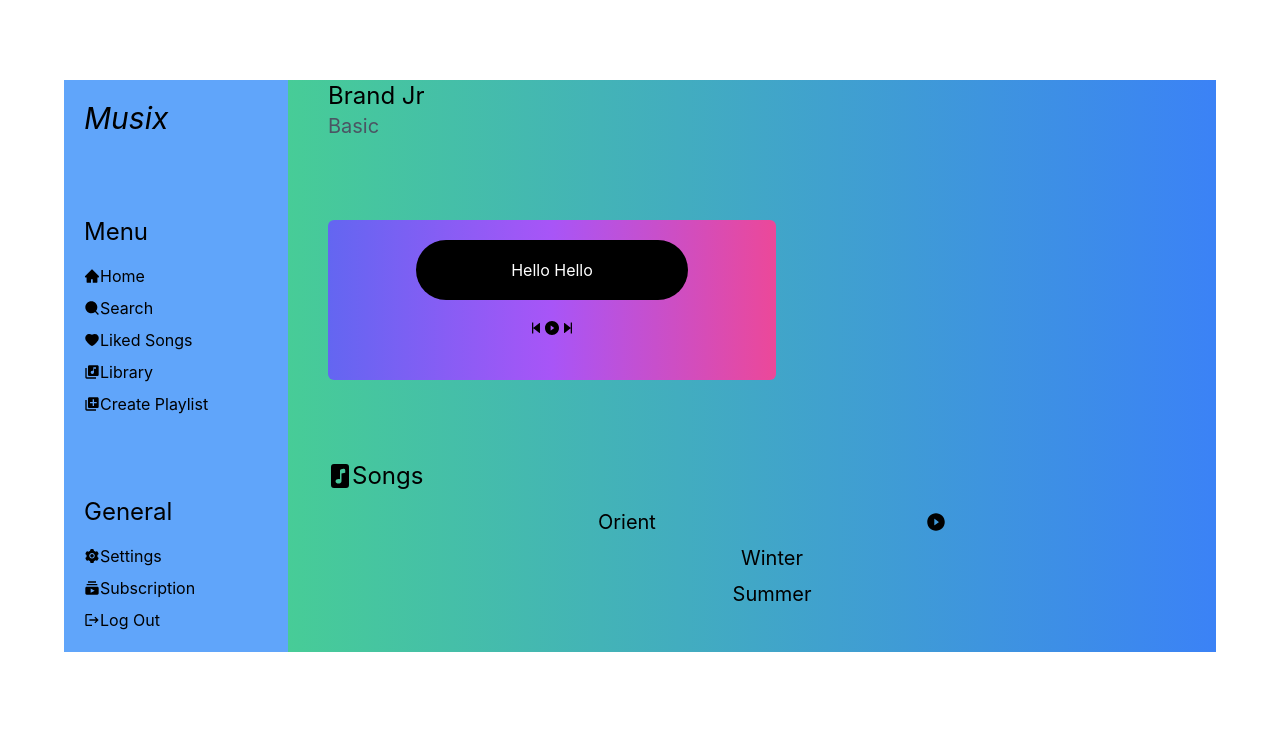
Repository: brandford7/music-player
Page: /
The author's editor kept a copy of each file at every save. The page is drawn from the files as they stood at one save, then again after the next save.
The browser window is 1280 px wide. The pictures show the whole page.
The project was rebuilt for these pictures with package versions that can differ from the ones it lists, and the page was loaded fresh each time. The framework's server and built-in components were replaced by stand-ins that run in the browser. Also part of the build but not shown: next.config.js.

Above is the page before, as saved 2022-11-18 13:01:27.

After the next save:
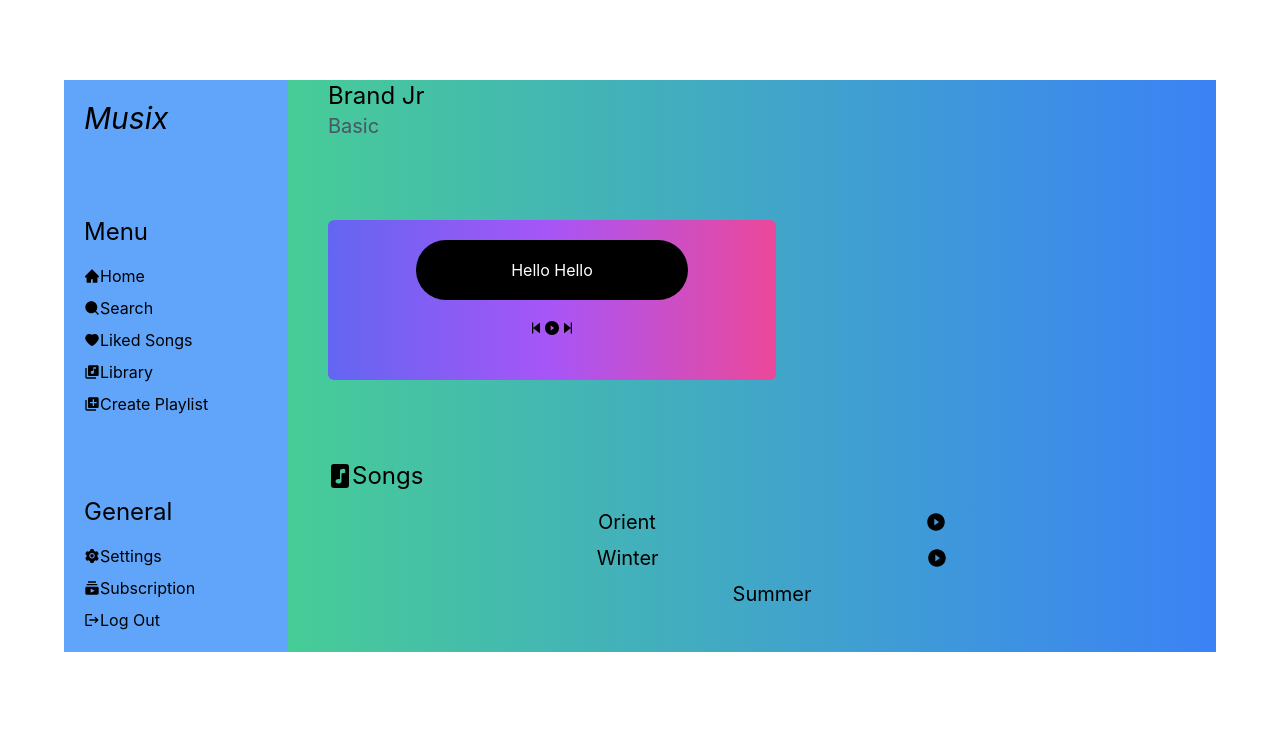
Saved 23 s later.
--- a/components/SongList.jsx
+++ b/components/SongList.jsx
@@ -15,7 +15,9 @@ const SongList = () => {
           <li className="flex items-center justify-evenly ">
             Orient <MusicButton icon={<AiFillPlayCircle />} />
           </li>
-          <li className="flex items-center justify-evenly ">Winter</li>
+          <li className="flex items-center justify-evenly ">
+            Winter <MusicButton icon={<AiFillPlayCircle />} />
+          </li>
           <li className="flex items-center justify-evenly ">Summer</li>
         </ul>
       </section>
